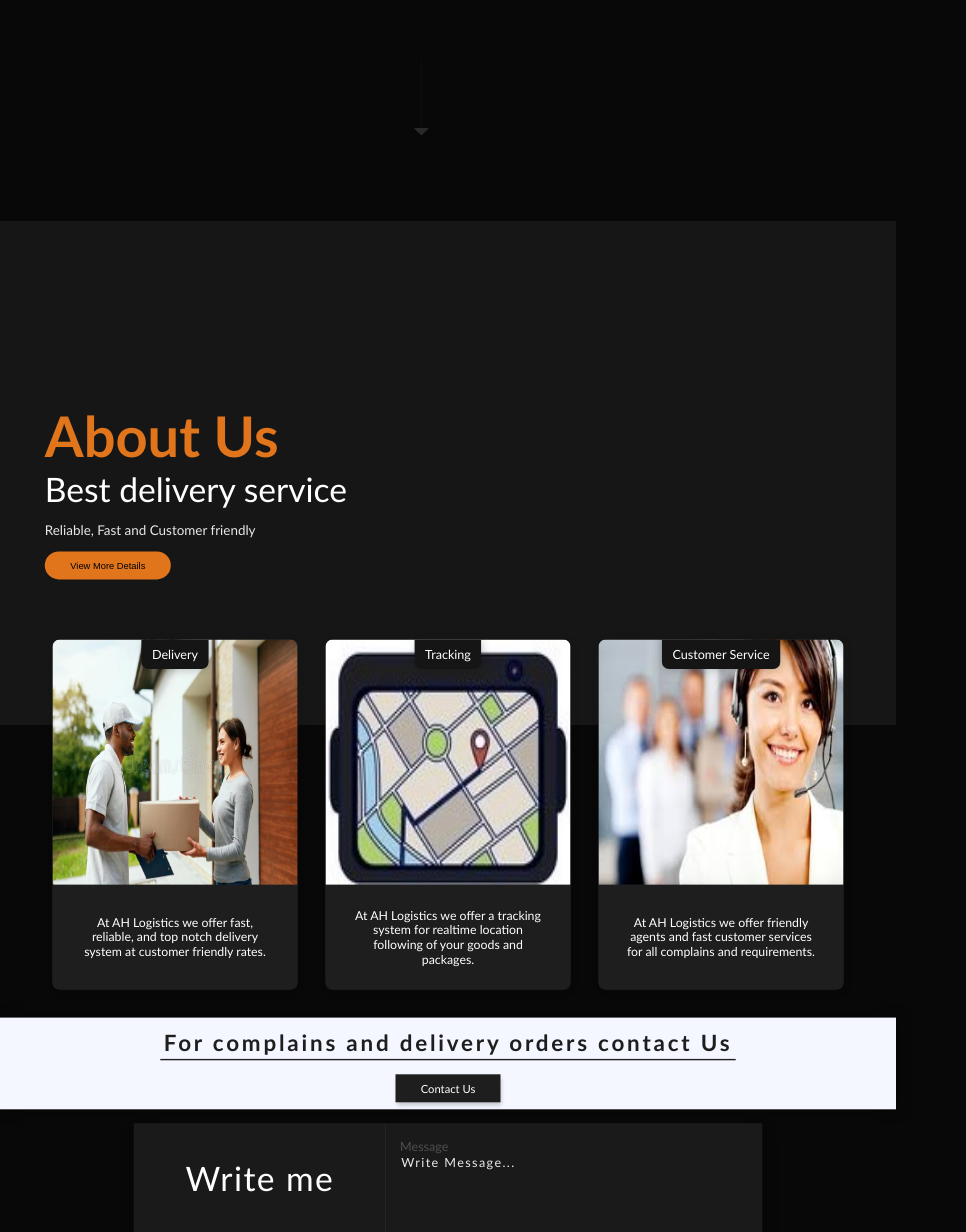
Repository: TheSecretlifeOfX/Ah-Logistics
Page: index.html
An editor plug-in stored every save of this project. The page is shown before and after the next save, followed by the edit.
The browser window is 1280 px wide. The page is 1380 px wide, so the pictures cover 1380 px, including what lies to the right of the window. The pictures show the part of the page from y = 464 to 2224 px (the page is 2519 px tall before and 3077 px after), at 70% of full size.

Above is the page before, as saved 2022-03-02 13:25:31.

### index.html
<html>
<head>
<meta charset="utf-8">
<meta http-equiv="X-UA-Compatible" content="IE-edge">
<meta name="viewport" content="width=device-width, intial-scale=1.0">
<title>Logistics Website</title>
<link rel="stylesheet" href="./css/home.css">
</head>
<body>
<section id="main">
	<nav>
	<a href="#" class="logo"><img src="images/logo.jpg"></a>
	<div class="toggle"></div>
	<ul class="menu">
	<li class="active"><a href="#main" >Home</a></li>
	<li><a href="#about">About</a></li>
	<li><a href="#services">Services</a></li>
	<li><a href="#Tracking-Form">Track</a></li>
    <li><a href="#contact-form">Contact</a></li>
	</ul>
	<a href="#" class="lang">En</a>
	</nav>
    </section>
</div>
<div class="black-line" ></div>
<section id="about">
	<div class="about-text">
	<h1>About Us</h1>
	<h2>Best delivery service</h2>
	<p>Reliable, Fast and Customer friendly</p>
	<button>View More Details</button>
	</div>
</section>
<section id="services">
<div class="s-heading">
<h1>Services</h1>
<p>Here Is The Some Services Which we provide our customers</p>
</div>
<div class="b-container">
<div class="s-box">
<div class="s-b-img">
    <div class="s-type">Delivery</div>
    <img src="images/delivery.jpg">
</div>
<div class="s-b-text">
<a href="#">At AH Logistics we offer fast, reliable, and top notch delivery system at customer friendly rates.</a>
</div>
</div>
<div class="s-box">
<div class="s-b-img">
    <div class="s-type">Tracking</div>
    <img src="images/track.jpg">
</div>
<div class="s-b-text">
<a href="#">At AH Logistics we offer a tracking system for realtime location following of your goods and packages.</a>
</div>
</div>
<div class="s-box">
<div class="s-b-img">
    <div class="s-type">Customer Service</div>
    <img src="images/customer.jpg">
</div>
<div class="s-b-text">
<a href="#">At AH Logistics we offer friendly agents and fast customer services for all complains and requirements.</a>
</div>
</div>
</div>
</div>
<section id="contact-btn">
<h1 class="c-b-heading">For complains and delivery orders contact Us</h1>
    <button >Contact Us</button>
</section>
<!--contact-form------------------->
<section id="contact-form">
<form>
<!--left--------------------------------------->
<div class="contact-left">
<h1 class="c-l-heading">Write me</h1>
<div class="f-name">
<font >Name</font>
<input type="text" placeholder="Full Name"/>
</div>
<div class="f-email">
<font >Email</font>
<input type="email" placeholder="Example@gmail.com"/>
</div>
</div>
<div class="contact-right">

<div class="message">
<font >Message</font>
<textarea name="message" rows="5" cols="20" placeholder="Write Message..."></textarea>
<button>Submit</button>
</div>
</form>
</section>
</section>
</body>
</html>

### css/home.css
/*body{
    background-color:gray;
}*/
body{
margin:0px;
padding:0px;
/*background-image:url("../images/AhLogic.jpg");*/
background-position: 100%;
background-color: #080808;
background-size: 80%;
min-height: 100vh;
}
ul{
list-style:none;
}
a{
text-decoration:none;
}
#main{
padding:30px 50px;
width:100%;
height: 100vh;
/*box-sizing: border-box;
/*background-size: 1330px;
background-position: right bottom;
background-repeat: no-repeat;
background-image: url("../images/AhLogic.jpg");
background-color: #edf1fd;*/
}
nav{
display:flex;
justify-content: space-between;
align-items: center;
text-transform: uppercase;
font-weight: 600;
letter-spacing: 2px;
font-family: calibri;
top: 0;
left: 10px;
width:100%;
box-sizing: border-box;
padding: 5px 60px;
background-color:#e0751c;
box-shadow:2px 2px 12px rgba(0,0,0,0.05);
z-index: 1;
border-radius: 50px;
}
.menu{
display: flex;
}
.menu li a{
padding: 10px 25px;
color:#f8f8fa;
font-size: 12px;

}
.lang{
color:#f3ecec;
}
.logo > img {
    width: 100%;
    height: 100%;
    max-width: 150px;
    display: flex;
    justify-content: center;
    align-items: center;
    text-align: center;
    margin-left: 0px;
    border-radius: 5px;
     }
.toggle{
display: none;
}
.active a,
.menu li a:hover{
background-color:#292929;
color:#FFF!important;
font-weight: bold;
transition: all ease 0.4s;
}
.black-line {
    align-self: end;
    width: 50%;
    height: 15%;
    margin-bottom: 4em;
    position: absolute;
      bottom:0px;
      left: -3%;
      border-right: 1px solid  rgba(41,41,41,0.30);
  }

  .black-line::after{
    content: ' ';
    position: absolute;
    width: 0;
    height: 0;
    border-style: solid;
    border-width: 11px 11px 0 11px;
   border-color:  #292929 transparent transparent transparent;
    right: -.7em;
    bottom: -2px;
  }
  #about{
	width:100%;
	height: 100vh;
	background-color:#161616;
	box-sizing: border-box;
	display: flex;
	align-items: center;
	justify-content: space-between;
	padding: 50px 5% 0px 5%;
	position: relative;
}
.about-text{
	font-family: calibri;
	width: 50%;
}
.about-text h1{
	font-size: 5rem;
	color:#e0751c;
}
.about-text h2{
	font-size: 3rem;
	color:#FFFFFF;
	font-weight: 400;
}
.about-text h1,h2{
	margin: 0px;
	padding: 0px;
}
.about-text p{
	font-size: 1.2rem;
	color:rgba(255,255,255,0.90);

}
.about-text button{
	width: 180px;
	height: 40px;
	border-radius: 20px;
	border: none;
	outline: none;
	background-color:#e0751c;
}
.about-text button:hover{
	background-color: #FFFFFF;
	transition: all ease 0.3s;
}
#services{
    width:100%;
height:100vh;
box-sizing: border-box;
font-family: calibri;
display: flex;
flex-direction: column;
align-items: center;
justify-content: center;
padding-top: 40px ;
}
.s-heading p{
font-size: 1.2rem;
	color:rgba(255,255,255,0.90);
}

#portfolio{
	width:100%;
	box-sizing: border-box;
	font-family: calibri;
	display: flex;
	flex-direction: column;
	align-items: center;
	justify-content: center;
	padding: 60px 2% 20px 2%;
}

.p-headind{
	font-family: calibri;
	font-size: 1.7rem;
	text-align: center;
	color:#FFFFFF;
	font-weight: 400;
	padding: 10px 20px;
	background-color: #292929;
	letter-spacing: 2px;
	border-radius: 3px;
	box-shadow: 2px 2px 20px rgba(0,0,0,0.1);

}
.p-box{

	background-color: #1F1F1F;
	overflow: hidden;
	border-radius: 10px;
	box-shadow: 2px 2px 13px rgba(0,0,0,0.3);
	position: relative;

}

.s-heading h1{
color:#FFFFFF;
font-size: 3rem;
margin: 0px;
padding: 0px;

}
.s-heading p{
color:rgba(255,255,255,0.30);
font-size: 1rem;
margin: 0px;
padding: 0px;
}
.s-heading{
text-align: center;
margin: 20px 0px;
}
.s-box{
background-color: #2B2B2B;
width:350px;
height: 500px;
margin: 20px;
border-radius: 10px;
overflow: hidden;
box-shadow: 2px 2px 12px rgba(0,0,0,0.1);
position: relative;
}
.b-container{
display: flex;
justify-content: center;
align-content: center;


}
.s-b-img{
width: 100%;
height: 70%;

}
.s-b-img img{
width:100%;
height: 100%;

}
.s-b-text{
width: 100%;
height: 30%;
background-color:#1E1E1E;
display:flex;
justify-content: center;
align-items: center;
text-align: center;
}
.s-b-text a{
margin: 0px;
color:#FFFFFF;
font-size: 1.1rem;
font-family: calibri;
display: block;
display: -webkit-box;
max-width: 80%;
-webkit-line-clamp: 4;
-webkit-box-orient: vertical;
overflow: hidden;
text-overflow: ellipsis;
}
.s-b-text a:hover{
color:rgba(255,255,255,0.50)
}
.s-type{
font-family: calibri;
color:#FFFFFF;
background-color: #151515;
padding: 10px 15px;
position: absolute;
top: 0px;
left: 50%;
transform: translateX(-50%);
font-size: 18px;
border-radius: 0px 0px 10px 10px;
box-shadow: 2px 2px 12px rgba(0,0,0,0.2);
}
.s-box:hover{
transform:translateY(-10px);
transition: all ease 0.3s;
}
#contact-btn{
	width: 100%;
	display: flex;
	flex-direction: column;
	justify-content:center;
	align-items: center;
	height: 200px;
	background-color: #F4F7FF;
	margin: 20px 0px;
	box-sizing: border-box;
	box-shadow:2px 0px 20px rgba(0,0,0,0.4);
}
.c-b-heading{
	font-size: 2rem;
	color:#1E1E1E;
	font-family: calibri;
	margin: 10px;
	padding: 5px;
	letter-spacing: 4px;
	border-bottom: 2px solid #1E1E1E;

}
#contact-btn button{
	color:#FFFFFF;
	font-size: 1rem;
	font-family: calibri;
	width:150px;
	height: 40px;
	margin: 10px;
	background-color: #1E1E1E;
	border: none;
	outline: none;
	box-shadow: 2px 5px 6px rgba(0,0,0,0.2);
}
#contact-btn button:hover{
	background-color: #17d1ac;
	color:#000000;
	transition: all ease 0.5s;
	font-weight: bold;
}
#contact-form{
	width: 100%;
	height: 90vh;
	display: flex;
	justify-content: center;
	align-items: center;

}
#contact-form form{
	display: flex;
	width: 70%;
	height: 60vh;
	background-color: #1A1A1A;
	box-shadow: 2px 12px 20px rgba(0,0,0,0.2);
	border: 1px solid rgba(255,255,255,0.01)
}

.contact-left{
	width: 40%;
	height: 100%;
	display: flex;
	flex-direction: column;
	align-items: center;
}
.contact-right{
	width: 60%;
	height: 100%;
	box-sizing: border-box;
	display: flex;
	flex-direction: column;
	justify-content: space-between;
	border-left: 1px solid rgba(255,255,255,0.08);
}
.contact-right button{
	width: 100%;
	height: 50px;
	background-color: #e0751c;
	font-weight: bold;
	outline: none;
	border: none;
	margin: 0px;
	color:#1B1B1B;
	font-size: 14px;
	text-transform: uppercase;
	letter-spacing: 2px;

}
.c-l-heading{
	font-family: calibri;
	color:#FFFFFF;
	font-size: 3rem;
	letter-spacing: 2px;
	font-weight: 400;

}
.f-name,.f-email{
	display: flex;
	flex-direction: column;
	font-family: calibri;

}
.f-name font,.f-email font{
	color:#BFBFBF;
	font-size: 22px;
}
.f-name input,.f-email input{
	height: 30px;
	width:250px;
	border: none;
	outline: none;
	background-color:transparent;
	border-bottom: 1px solid #929292;
	color:#FFFFFF;
	margin: 10px 0px;
}
.f-email input::placeholder,
.f-name input::placeholder{
	opacity: 0.5;
	letter-spacing: 1px;
}
.f-email input:focus,
.f-name input:focus{
	border-bottom: 1px solid #0d0e0d;
	transition: all ease 0.5s;
}.message font{
	font-size: 18px;
	color:#4E4E4E;
	font-family: calibri;

}
.message{
	margin: 20px;
}
.contact-right textarea{
	width: 100% !important;
	height: 320px !important;
	border: none;
	outline: none;
	background-color:transparent;
	box-sizing: border-box;
	color:#EBEBEB;
	font-size: 16px;
}
.contact-right textarea::placeholder{
	color:#EBEBEB;
	font-size: 18px;
	letter-spacing: 2px;
	font-family: calibri;
}
.contact-right button:active{
	transform: scale(1.04);
	transition: all ease 0.1s;
}
.message button{
	width: 180px;
	height: 40px;
	border-radius: 20px;
	border: none;
	outline: none;
	background-color:#17d1ac;
}
  .message button:hover{
    background-color: #d8d8e4;
    transition: all ease 0.3s;
  }

After the next save:
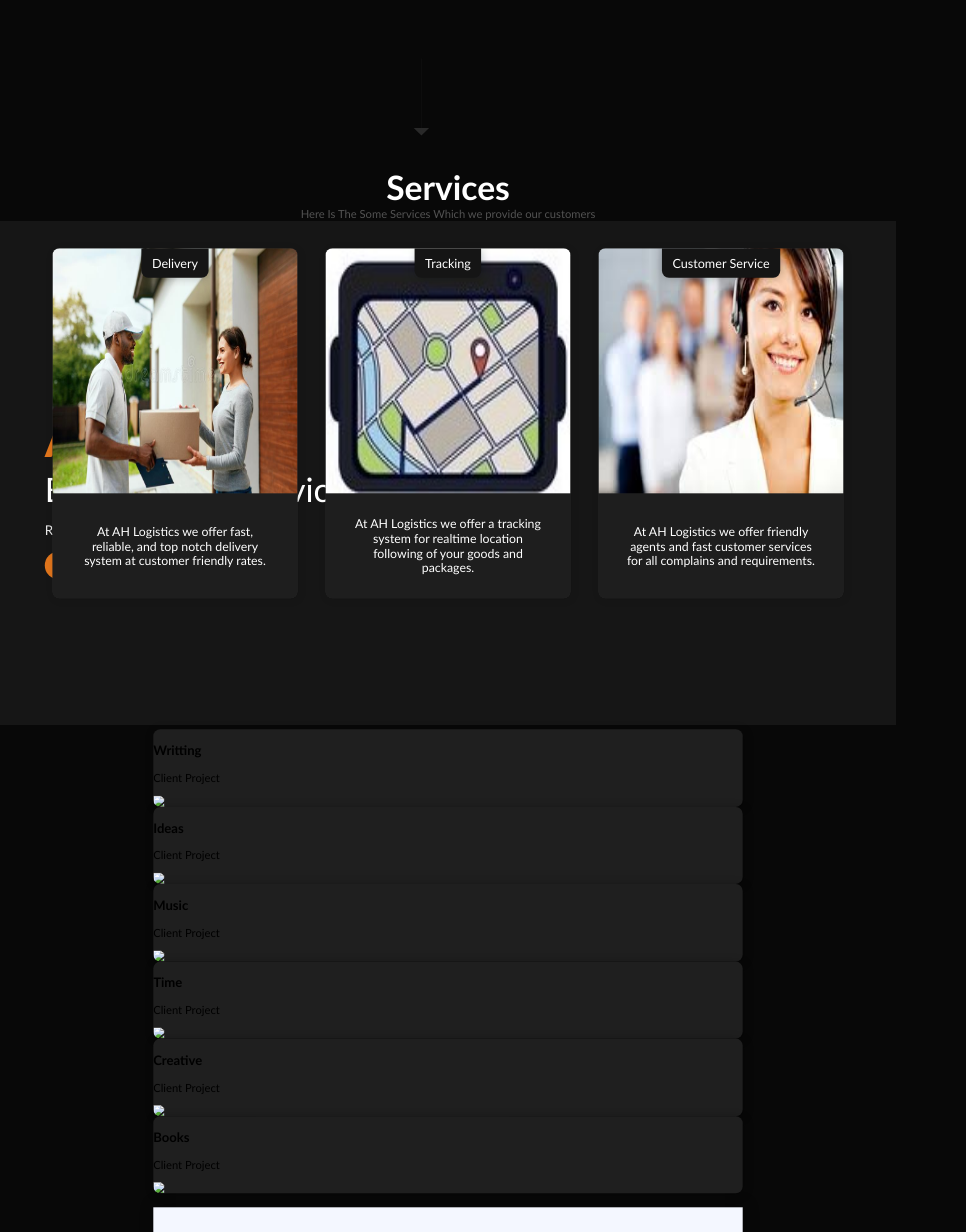
Not found: images/w1.jpg
Not found: images/w2.jpg
Not found: images/w3.jpg
Saved 3 min 1 s later.
--- a/index.html
+++ b/index.html
@@ -66,6 +66,52 @@
 </div>
 </div>
 </div>
+<section id="portfolio">
+	<h1 class="p-headind">Portfolio</h1>
+	<div class="p-container">
+	<div class="p-box">
+	<div class="overlay-text">
+	<h1>Writting</h1>
+	<p>Client Project</p>
+	</div>
+	<img src="images/w1.jpg">
+
+	</div>
+	<div class="p-box">
+	<div class="overlay-text">
+	<h1>Ideas</h1>
+	<p>Client Project</p>
+	</div>
+	<img src="images/w2.jpg">
+	</div>
+	<div class="p-box">
+	<div class="overlay-text">
+	<h1>Music</h1>
+	<p>Client Project</p>
+	</div>
+	<img src="images/w3.jpg">
+	</div>
+	<div class="p-box">
+	<div class="overlay-text">
+	<h1>Time</h1>
+	<p>Client Project</p>
+	</div>
+	<img src="images/w4.jpg">
+	</div>
+	<div class="p-box">
+	<div class="overlay-text">
+	<h1>Creative</h1>
+	<p>Client Project</p>
+	</div>
+	<img src="images/w5.jpg">
+	</div>
+	<div class="p-box">
+	<div class="overlay-text">
+	<h1>Books</h1>
+	<p>Client Project</p>
+	</div>
+	<img src="images/w6.jpg">
+	</div>
 <section id="contact-btn">
 <h1 class="c-b-heading">For complains and delivery orders contact Us</h1>
     <button >Contact Us</button>
